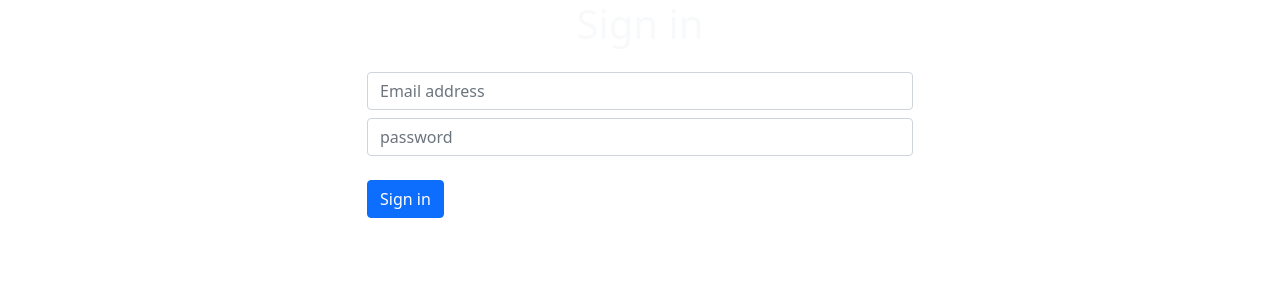
Repository: paresh-art/MyWebsite
Page: http://localhost/com.website/signIn.jsp
An editor plug-in stored every save of this project. The page is shown before and after the next save, followed by the edit.
The browser window is 1280 px wide. The pictures show the whole page.
The page is served by Tomcat 9. Other server files are loaded and not shown.

Above is the page before, as saved 2022-11-08 08:27:02.

### com.website/src/main/webapp/signIn.jsp
<%@ page language="java" contentType="text/html; charset=UTF-8"
	pageEncoding="UTF-8"%>
<!DOCTYPE html>
<html>
<head>
<meta charset="UTF-8">
<!-- Required meta tags -->
<meta charset="utf-8">
<meta name="viewport" content="width=device-width, initial-scale=1">
<!-- Bootstrap CSS -->
<link
	href="https://cdn.jsdelivr.net/npm/bootstrap@5.0.2/dist/css/bootstrap.min.css"
	rel="stylesheet"
	integrity="sha384-EVSTQN3/azprG1Anm3QDgpJLIm9Nao0Yz1ztcQTwFspd3yD65VohhpuuCOmLASjC"
	crossorigin="anonymous">

<title>Sign in Page</title>
</head>
<body>
	<div class="container">
		<h1 class="mx-auto text-center text-light">Sign in</h1>
		<form action="home.jsp" class="mt-4" method="post">
			<div class="row">
				<div class="col-lg-6 col-md-8 col-sm-12 mx-auto text-light">
					<input type="text" class="form-control" placeholder="Email address"
						name="email">
				</div>
			</div>

			<div class="row mt-2">
				<div class="col-lg-6 col-md-8 col-sm-12 mx-auto text-light">
					<input type="text" class="form-control" placeholder="password"
						name="password">
				</div>
			</div>
			<br>
			<div class="row">
				<div class="col-lg-6 col-md-8 col-sm-12 mx-auto text-light">
					<button class="btn btn-primary " type="submit">Sign in</button>
				</div>

			</div>
		</form>
	</div>

<!-- Optional JavaScript; choose one of the two! -->

	<!-- Option 1: Bootstrap Bundle with Popper -->
	<script
		src="https://cdn.jsdelivr.net/npm/bootstrap@5.0.2/dist/js/bootstrap.bundle.min.js"
		integrity="sha384-MrcW6ZMFYlzcLA8Nl+NtUVF0sA7MsXsP1UyJoMp4YLEuNSfAP+JcXn/tWtIaxVXM"
		crossorigin="anonymous"></script>

	<!-- Option 2: Separate Popper and Bootstrap JS -->
	<!--
    <script src="https://cdn.jsdelivr.net/npm/@popperjs/core@2.9.2/dist/umd/popper.min.js" integrity="sha384-IQsoLXl5PILFhosVNubq5LC7Qb9DXgDA9i+tQ8Zj3iwWAwPtgFTxbJ8NT4GN1R8p" crossorigin="anonymous"></script>
    <script src="https://cdn.jsdelivr.net/npm/bootstrap@5.0.2/dist/js/bootstrap.min.js" integrity="sha384-cVKIPhGWiC2Al4u+LWgxfKTRIcfu0JTxR+EQDz/bgldoEyl4H0zUF0QKbrJ0EcQF" crossorigin="anonymous"></script>
    -->



</body>
</html>

After the next save:
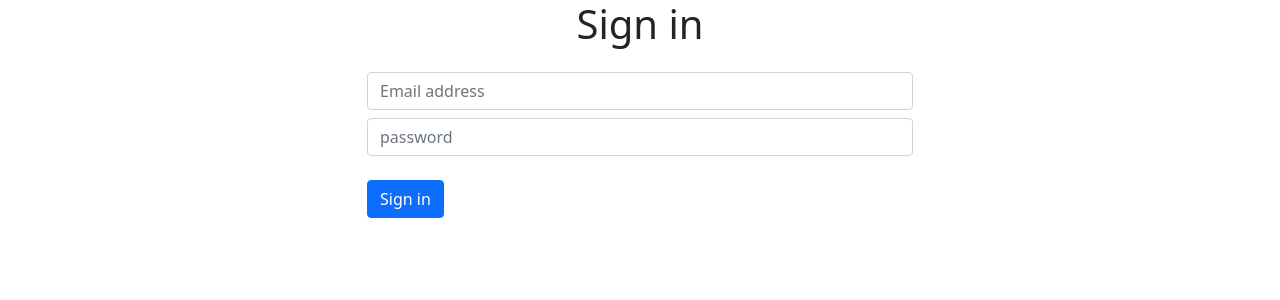
Saved 36 s later.
--- a/com.website/src/main/webapp/signIn.jsp
+++ b/com.website/src/main/webapp/signIn.jsp
@@ -18,7 +18,7 @@
 </head>
 <body>
 	<div class="container">
-		<h1 class="mx-auto text-center text-light">Sign in</h1>
+		<h1 class="mx-auto text-center">Sign in</h1>
 		<form action="home.jsp" class="mt-4" method="post">
 			<div class="row">
 				<div class="col-lg-6 col-md-8 col-sm-12 mx-auto text-light">
